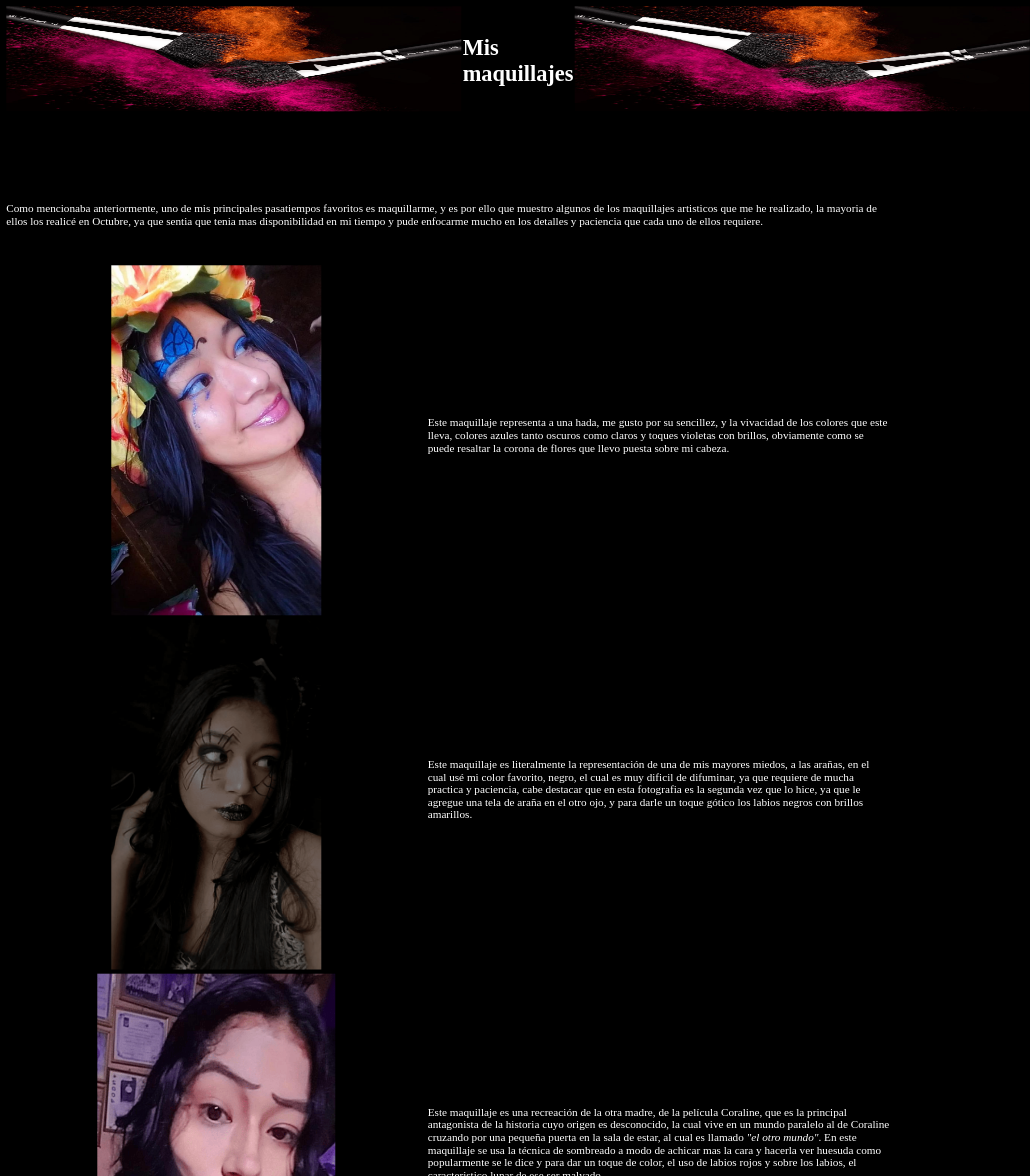
Repository: darlyn-saravia27/portafolio-darlynsaravia
Page: archivoshtml/maquillaje.html
The author's editor kept a copy of each file at every save. The page is drawn from the files as they stood at one save, then again after the next save.
The browser window is 1280 px wide. The page is 1472 px wide, then 1280 px, so the pictures cover 1472 px, including what lies to the right of the window. The pictures show the part of the page from y = 0 to 1680 px (the page is 4946 px tall), at 70% of full size.

Above is the page before, as saved 2023-03-08 04:21:07.

After the next save:
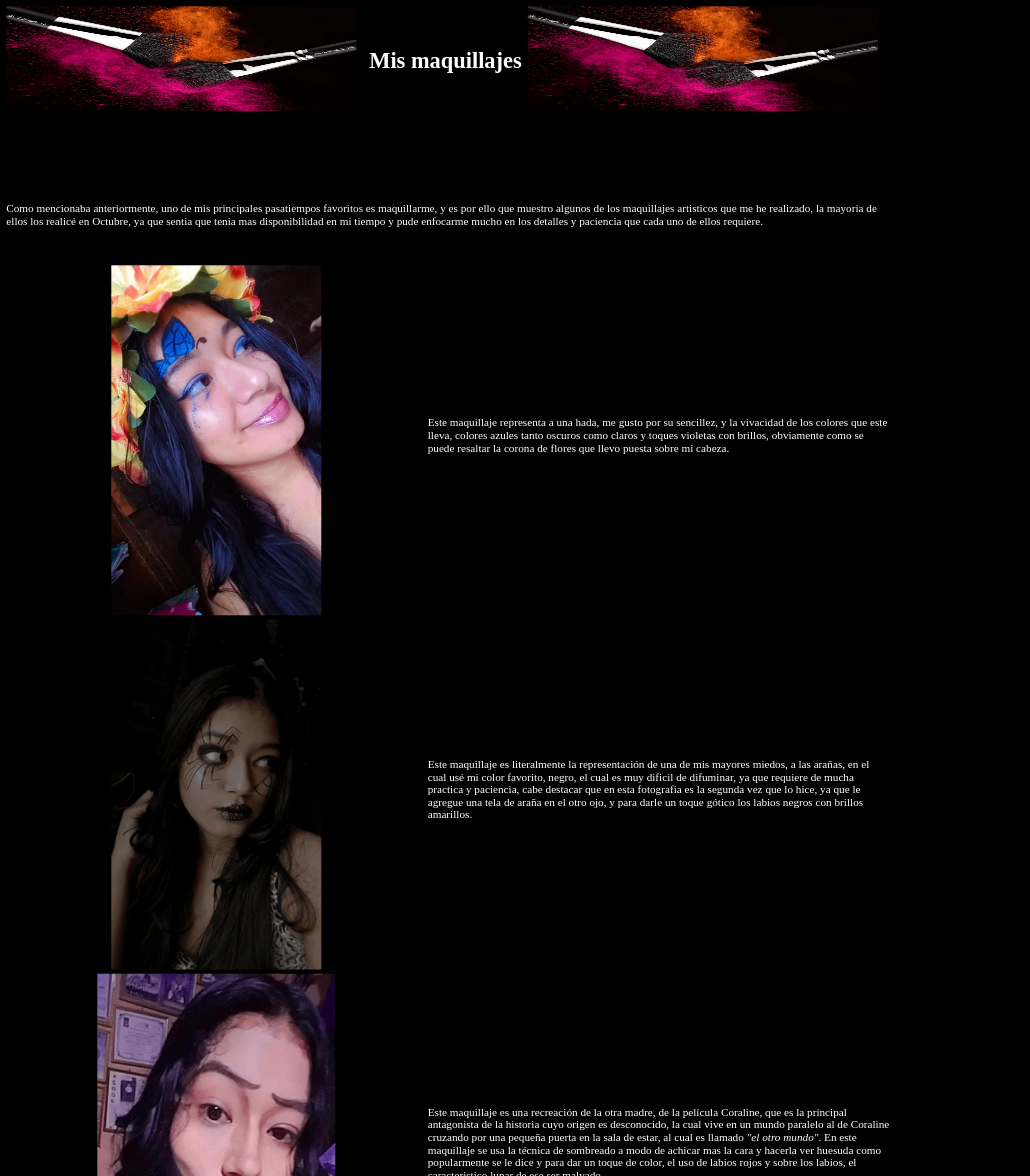
Saved 27 s later.
--- a/archivoshtml/maquillaje.html
+++ b/archivoshtml/maquillaje.html
@@ -10,13 +10,13 @@
     <table align="center" cellspacing="0" width="100%">
         <tr>
             <td>
-                <img src="Cosmetics.png" width="650px" height="150">
+                <img src="Cosmetics.png" width="500px" height="150">
             </td>
             <td>
                 <h1><font color="white">Mis maquillajes</font></h1>
             </td>
             <td>
-                <img src="Cosmetics.png" width="650px" height="150px">
+                <img src="Cosmetics.png" width="500px" height="150px">
             </td>
         </tr>
     </table>
